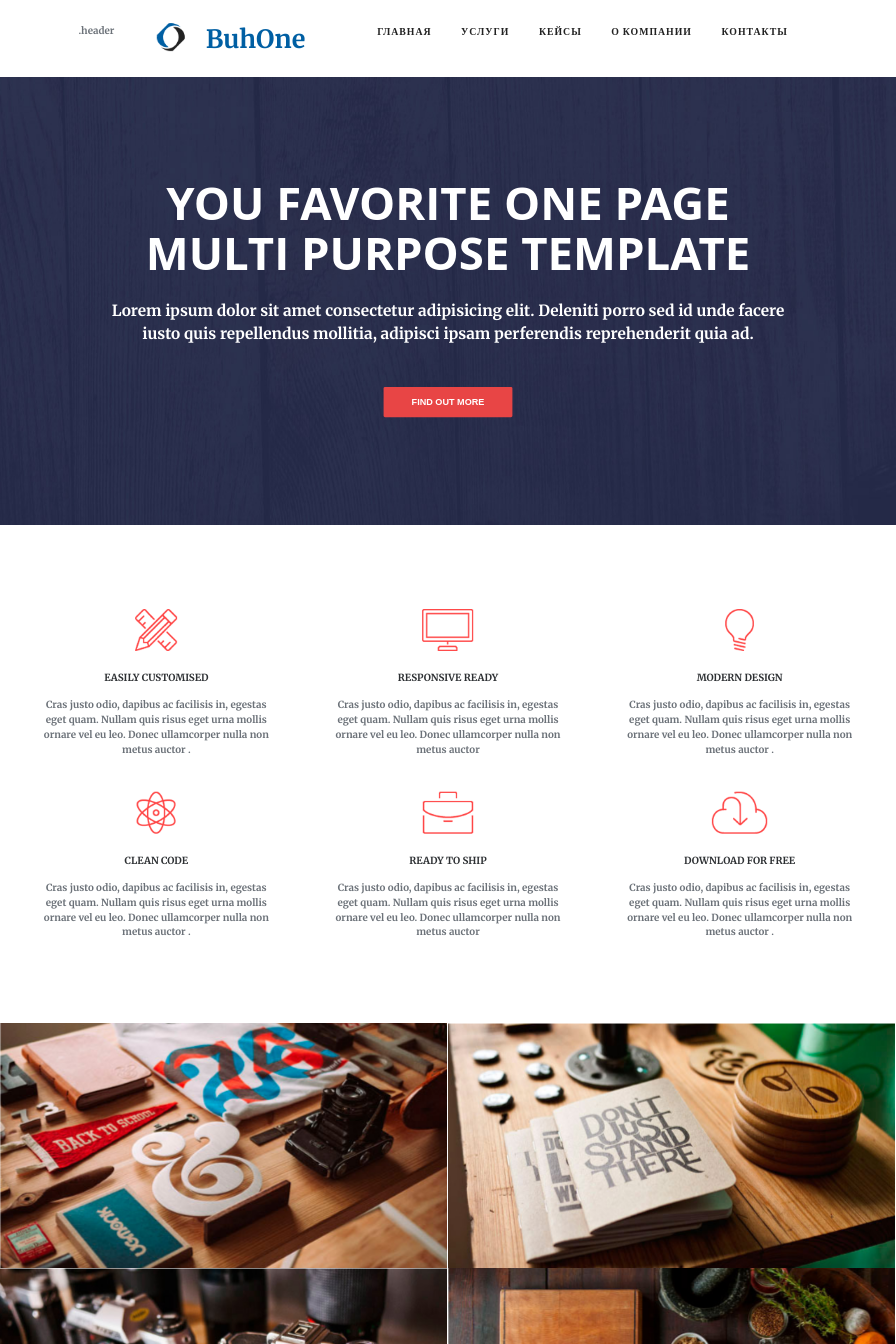
Repository: ZetsubouBilly/test
Page: index.html
An editor plug-in stored every save of this project. The page is shown before and after a run of saves, followed by the edit.
The browser window is 1280 px wide. The pictures show the part of the page from y = 0 to 1920 px (the page is 4929 px tall), at 70% of full size.

Above is the page before, as saved 2023-05-13 12:30:17.

### index.html
<!DOCTYPE html>
<html lang="ru">
<head>
    <meta charset="UTF-8">
    <meta name="viewport" content="width=device-width, initial-scale=1.0, minimum-scale=1.0, maximum-scale=1.0">  <link rel="preconnect" href="https://fonts.gstatic.com">
    <link rel="preconnect" href="https://fonts.googleapis.com">
    <link rel="preconnect" href="https://fonts.gstatic.com" crossorigin>
    <link href="https://fonts.googleapis.com/css2?family=Lato:wght@300;400&family=Merriweather:wght@700;900&display=swap" rel="stylesheet">
    <link rel="stylesheet" type="text/css" href="https://cdn.jsdelivr.net/npm/slick-carousel@1.8.1/slick/slick.css"/>
    <link rel="stylesheet" href="css/style.css">

   <meta name="description" content="Описание страницы">
   <meta name="google" content="notranslate" />
   <meta name="keywords" content="создаие сайтов, верстка сайтов" />

    <title>BuhOne</title>

    <script src="https://cdnjs.cloudflare.com/ajax/libs/jquery/3.5.1/jquery.min.js"></script>

</head>
<body>



<!-- Header -->

 <header class="header" id="header">

            <div class="header__inner">
                .header
                <div class="header__logo">
                    <img src="img/logo.png" alt="">
                    <p class="header__logo_name">BuhOne</p>
                </div>

                <nav class="nav" id="nav">
                    <a class="nav__link" href="#" data-scroll="#features">Главная</a>
                    <a class="nav__link" href="#" data-scroll="#works">Услуги</a>
                    <a class="nav__link" href="#" data-scroll="#team">Кейсы</a>
                    <a class="nav__link" href="#" data-scroll="#reviews">О компании</a>
                    <a class="nav__link" href="#" data-scroll="#download">Контакты</a>
                </nav>

                <button class="burger" type="button" id="navToggle">
                    <span class="burger__item">Menu</span>
                </button>

            </div>

 </header>


 <!-- Intro -->

<div class="intro" id="intro">
    <div class="container">
        <div class="intro__inner">
             <h1 class="intro__title">You Favorite One Page Multi Purpose Template</h1>
             <h2 class="intro__subtitle">Lorem ipsum dolor sit amet consectetur adipisicing elit.
                 Deleniti porro sed id unde facere iusto quis repellendus mollitia, adipisci ipsam
                 perferendis reprehenderit quia ad.</h2>
                 <a class="btn  btn--red" href="">Find Out More</a>
        </div>
    </div>
</div>



<!-- Features -->

<div class="container" id="features">
    <div class="features">
        <div class="features__item">
            <img class="features__icon" src="img/features/feature-1.png" alt="">
            <h4 class="features__title">Easily Customised</h4>
            <div class="features__text">Cras justo odio, dapibus ac facilisis in,
                 egestas eget quam. Nullam quis risus eget urna mollis ornare
                 vel eu leo.
                 Donec ullamcorper nulla non metus auctor .</div>
        </div>

        <div class="features__item">
            <img class="features__icon" src="img/features/feature-2.png" alt="">
            <h4 class="features__title">Responsive Ready</h4>
            <div class="features__text">Cras justo odio, dapibus ac facilisis in,
                 egestas eget quam. Nullam quis risus eget urna mollis ornare vel
                  eu leo.
                 Donec ullamcorper nulla non metus auctor </div>

        </div>


        <div class="features__item">
            <img class="features__icon" src="img/features/feature-3.png" alt="">
            <h4 class="features__title">Modern Design</h4>
            <div class="features__text">Cras justo odio, dapibus ac facilisis in,
                 egestas eget quam. Nullam quis risus eget urna mollis ornare
                 vel eu leo.
                 Donec ullamcorper nulla non metus auctor .</div>
        </div>

        <div class="features__item">
            <img class="features__icon" src="img/features/feature-4.png" alt="">
            <h4 class="features__title">Clean Code</h4>
            <div class="features__text">Cras justo odio, dapibus ac facilisis in,
                 egestas eget quam. Nullam quis risus eget urna mollis ornare
                 vel eu leo.
                 Donec ullamcorper nulla non metus auctor .</div>
        </div>

        <div class="features__item">
            <img class="features__icon" src="img/features/feature-5.png" alt="">
            <h4 class="features__title">Ready To Ship</h4>
            <div class="features__text">Cras justo odio, dapibus ac facilisis in,
                 egestas eget quam. Nullam quis risus eget urna mollis ornare vel
                  eu leo.
                 Donec ullamcorper nulla non metus auctor </div>

        </div>


        <div class="features__item">
            <img class="features__icon" src="img/features/feature-6.png" alt="">
            <h4 class="features__title">Download For Free</h4>
            <div class="features__text">Cras justo odio, dapibus ac facilisis in,
                 egestas eget quam. Nullam quis risus eget urna mollis ornare
                 vel eu leo.
                 Donec ullamcorper nulla non metus auctor .</div>
        </div>
    </div><!-- /Features -->
</div>  <!-- /container -->


<!-- Works -->

<div class="works" id="works">
    <div class="works__item">
        <img class="works__photo" src="img/works/work-1.jpg" alt="">
        <div class="works__content">
            <div class="works__title">Project Name</div>
            <div class="works__text">User Interface Design</div>
        </div>
    </div>

    <div class="works__item">
        <img class="works__photo" src="img/works/work-2.jpg" alt="">
        <div class="works__content">
            <div class="works__title">Project Name</div>
            <div class="works__text">User Interface Design</div>
        </div>
    </div>

    <div class="works__item">
        <img class="works__photo" src="img/works/work-3.jpg" alt="">
        <div class="works__content">
            <div class="works__title">Project Name</div>
            <div class="works__text">User Interface Design</div>
        </div>
    </div>

    <div class="works__item">
        <img class="works__photo" src="img/works/work-4.jpg" alt="">
        <div class="works__content">
            <div class="works__title">Project Name</div>
            <div class="works__text">User Interface Design</div>
        </div>
    </div>

    <div class="works__item">
        <img class="works__photo" src="img/works/work-5.jpg" alt="">
        <div class="works__content">
            <div class="works__title">Project Name</div>
            <div class="works__text">User Interface Design</div>
        </div>
    </div>

    <div class="works__item">
        <img class="works__photo" src="img/works/work-6.jpg" alt="">
        <div class="works__content">
            <div class="works__title">Project Name</div>
            <div class="works__text">User Interface Design</div>
        </div>
    </div>

    <div class="works__item">
        <img class="works__photo" src="img/works/work-7.jpg" alt="">
        <div class="works__content">
            <div class="works__title">Project Name</div>
            <div class="works__text">User Interface Design</div>
        </div>
    </div>

    <div class="works__item">
        <img class="works__photo" src="img/works/work-8.jpg" alt="">
        <div class="works__content">
            <div class="works__title">Project Name</div>
            <div class="works__text">User Interface Design</div>
        </div>
    </div>

</div> <!-- /works -->



<!-- Team -->
<div class="team" id="team">
    <div class="container">
        <div class="team__inner">

            <div class="team__item">
                <img class="team__photo" src="img/team/team-1.jpg" alt="">
                <div class="team__name">Ruth Woods</div>
                <div class="team__prof">Founder, CEO</div>
                <div class="team__text">
                    <p>Fusce dapibus, tellus ac cursus commodo, tortor mauris
                         condimentum nibh, ut fermentum massa justo sit amet risus.
                          Maecenas sed diam eget risus varius blandit sit amet non magna.
                         Nullam quis risus eget urna mollis ornare vel eu leo.</p>

                     <p>Fusce dapibus, tellus ac cursus commodo, tortor mauris
                            condimentum nibh, ut fermentum massa justo sit amet risus.
                             Maecenas sed diam eget risus varius blandit sit amet non magna.
                            Nullam quis risus eget urna mollis ornare vel eu leo.</p>
                </div>
                <div class="social">
                    <a class="social__item" href="" target="_blank">
                        <svg class="social__icon">
                            <use xlink:href="#facebook"></use>
                        </svg>
                    </a>

                    <a class="social__item" href="" target="_blank">
                        <svg class="social__icon">
                            <use xlink:href="#twitter"></use>
                        </svg>
                    </a>

                    <a class="social__item" href="" target="_blank">
                        <svg class="social__icon">
                            <use xlink:href="#linkedin"></use>
                        </svg>
                    </a>


                </div>
            </div>

            <div class="team__item">
                <img class="team__photo" src="img/team/team-2.jpg" alt="">
                <div class="team__name">Timothy Reed</div>
                <div class="team__prof">Co-Founder, Developer</div>
                <div class="team__text">
                    <p>Fusce dapibus, tellus ac cursus commodo, tortor mauris
                         condimentum nibh, ut fermentum massa justo sit amet risus.
                          Maecenas sed diam eget risus varius blandit sit amet non magna.
                         Nullam quis risus eget urna mollis ornare vel eu leo..</p>

                     <p>Fusce dapibus, tellus ac cursus commodo, tortor mauris
                            condimentum nibh, ut fermentum massa justo sit amet risus.
                             Maecenas sed diam eget risus varius blandit sit amet non magna.
                            Nullam quis risus eget urna mollis ornare vel eu leo.</p>
                </div>
                <div class="social">
                    <a class="social__item" href="" target="_blank">
                        <svg class="social__icon">
                            <use xlink:href="#facebook"></use>
                        </svg>
                    </a>

                    <a class="social__item" href="" target="_blank">
                        <svg class="social__icon">
                            <use xlink:href="#twitter"></use>
                        </svg>
                    </a>

                    <a class="social__item" href="" target="_blank">
                        <svg class="social__icon">
                            <use xlink:href="#linkedin"></use>
                        </svg>
                    </a>


                </div>
            </div>

            <div class="team__item">
                <img class="team__photo" src="img/team/team-3.jpg" alt="">
                <div class="team__name">Victoria Valdez</div>
                <div class="team__prof">UI Designer</div>
                <div class="team__text">
                    <p>Fusce dapibus, tellus ac cursus commodo, tortor mauris
                         condimentum nibh, ut fermentum massa justo sit amet risus.
                          Maecenas sed diam eget risus varius blandit sit amet non magna.
                         Nullam quis risus eget urna mollis ornare vel eu leo..</p>

                     <p>Fusce dapibus, tellus ac cursus commodo, tortor mauris
                            condimentum nibh, ut fermentum massa justo sit amet risus.
                             Maecenas sed diam eget risus varius blandit sit amet non magna.
                            Nullam quis risus eget urna mollis ornare vel eu leo.</p>
                </div>
                <div class="social">
                    <a class="social__item" href="" target="_blank">
                        <svg class="social__icon">
                            <use xlink:href="#facebook"></use>
                        </svg>
                    </a>

                    <a class="social__item" href="" target="_blank">
                        <svg class="social__icon">
                            <use xlink:href="#twitter"></use>
                        </svg>
                    </a>

                    <a class="social__item" href="" target="_blank">
                        <svg class="social__icon">
                            <use xlink:href="#linkedin"></use>
                        </svg>
                    </a>


                </div>
            </div>

            <div class="team__item">
                <img class="team__photo" src="img/team/team-4.jpg" alt="">
                <div class="team__name">Beverly Little</div>
                <div class="team__prof">Data Scientist</div>
                <div class="team__text">
                    <p>Fusce dapibus, tellus ac cursus commodo, tortor mauris
                         condimentum nibh, ut fermentum massa justo sit amet risus.
                          Maecenas sed diam eget risus varius blandit sit amet non magna.
                         Nullam quis risus eget urna mollis ornare vel eu leo..</p>

                     <p>Fusce dapibus, tellus ac cursus commodo, tortor mauris
                            condimentum nibh, ut fermentum massa justo sit amet risus.
                             Maecenas sed diam eget risus varius blandit sit amet non magna.
                            Nullam quis risus eget urna mollis ornare vel eu leo.</p>
                </div>
                <div class="social">
                    <a class="social__item" href="" target="_blank">
                        <svg class="social__icon">
                            <use xlink:href="#facebook"></use>
                        </svg>
                    </a>

                    <a class="social__item" href="" target="_blank">
                        <svg class="social__icon">
                            <use xlink:href="#twitter"></use>
                        </svg>
                    </a>

                    <a class="social__item" href="" target="_blank">
                        <svg class="social__icon">
                            <use xlink:href="#linkedin"></use>
                        </svg>
                    </a>


                </div>
            </div>

        </div><!-- /team__inner -->
    </div><!-- /container -->
</div><!-- /team -->


<!-- Testimonials -->

<div class="reviews" id="reviews">
    <div class="container">

        <div class="reviews__slider" id="reviewsSlider">
            <div class="slick-item">
             <div class="reviews__item">
                 <div class="reviews__photo">
                     <img class="reviews__img" src="img/reviews/review-1.jpg" alt="">
                 </div>
                 <div class="reviews__content">
                        <div class="reviews__text">“Integer posuere erat a ante venenatis dapibus posuere velit aliquet. Donec sed odio dui. Aenean eu leo quam...”</div>
                       <div class="reviews__author">Susan Sims, Interaction Designer at XYZ</div>
                 </div>
                </div>
            </div>

                <div class="slick-item">
                <div class="reviews__item">
                    <div class="reviews__photo">
                        <img class="reviews__img" src="img/reviews/review-1.jpg" alt="">
                    </div>
                    <div class="reviews__content">
                           <div class="reviews__text">"Lorem ipsum dolor sit amet consectetur, adipisicing elit. Maiores, tempore velit, debitis quasi doloribus vero natus sint ratione temporibus fugiat voluptatum nesciunt modi. Adipisci aliquid voluptatem magni laborum, facilis nisi".</div>
                          <div class="reviews__author">Susan Sims, Interaction Designer at XYZ</div>
                    </div>
                   </div>
                </div>
            </div>
        </div>

    </div>
</div> <!-- /reviews -->




<!-- Download -->

<div class="download" id="download">
    <div class="container">
        <h3 class="download__title">Are You Ready to Start? Download Now For Free!</h3>
        <div class="download__text"><p>Fusce dapibus, tellus ac cursus commodo</p>
        </div>
        <a class="btn  btn--red  btn--long" href="">Download Here</a>
    </div>
</div>


<!-- Footer -->


<footer class="footer">
    <div class="container">

        <div class="footer__inner">
            <div class="footer__block">
                <h4 class="footer__title">Location</h4>
                <address class="footer__adress"><div>3481 Melrose Place</div>
                    <div>Beverly Hills, CA 90210</div>
                </address>
            </div>

            <div class="footer__block">
                <h4 class="footer__title">Share with Love</h4>
                <div class="social  social--footer">
                    <a class="social__item" href="" target="_blank">
                        <svg class="social__icon">
                            <use xlink:href="#facebook"></use>
                        </svg>
                    </a>

                    <a class="social__item" href="" target="_blank">
                        <svg class="social__icon">
                            <use xlink:href="#twitter"></use>
                        </svg>
                    </a>

                    <a class="social__item" href="" target="_blank">
                        <svg class="social__icon">
                            <use xlink:href="#linkedin"></use>
                        </svg>
                    </a>


                </div>
            </div> <!-- /footer__block__social -->

            <div class="footer__block">
                <h4 class="footer__title">About ActiveBox</h4>
                <div class="footer__text"><p>Cras justo odio, dapibus ac facilisis in, egestas eget quam. Donec ullamcorper nulla non metus auctor fringilla.</p></div>
            </div>

        </div> <!-- /footer__inner -->

    </div> <!-- /container -->

    <div class="copyright">
        <div class="container">
          <div class="copyright__text"><div>Copyright © 2015 ActiveBox. All Rights Reserved</div>
           <div>Made  <span>by Kamal Chaneman</span></div>
        </div>
    </div>
</div>
</footer>


<!-- Javascript -->
<script  src="https://cdn.jsdelivr.net/npm/slick-carousel@1.8.1/slick/slick.min.js"></script>
<script src="js/app.js"></script>


</body>
</html>

Loaded but not shown: js/app.js (82 lines, source omitted); css/style.css (802 lines, source omitted)

After the next 2 saves:
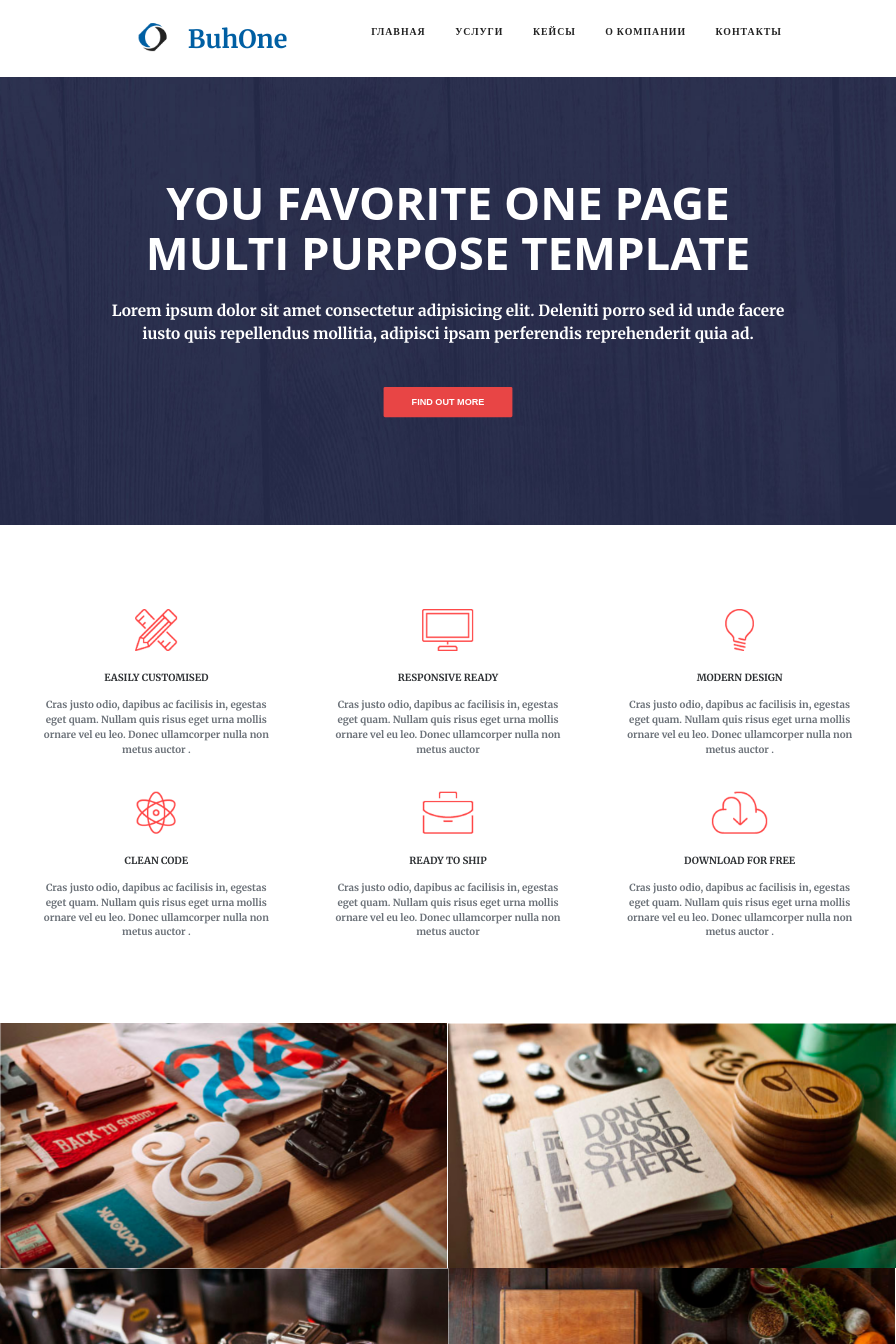
The 2 saves are shown as one change because they came seconds apart.
The last was saved 16 s later.
--- a/index.html
+++ b/index.html
@@ -27,7 +27,9 @@
  <header class="header" id="header">
 
             <div class="header__inner">
-                .header
+                <div class="header__inner_l">
+
+                </div>
                 <div class="header__logo">
                     <img src="img/logo.png" alt="">
                     <p class="header__logo_name">BuhOne</p>
